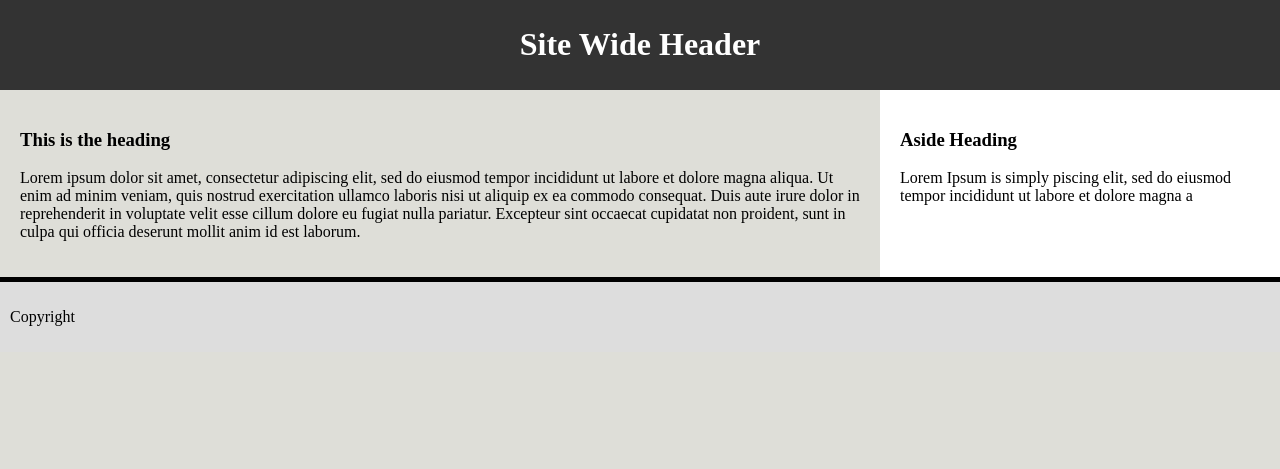
Repository: ayeza-baseer/AssignmentFlexbox
Page: assignment.html
These files come from the project's save history. The page is drawn as it stood at one moment and after the next save; the edit follows.
The browser window is 1280 px wide. The pictures show the whole page.

Above is the page before, as saved 2023-03-17 14:54:38.

After the next save:
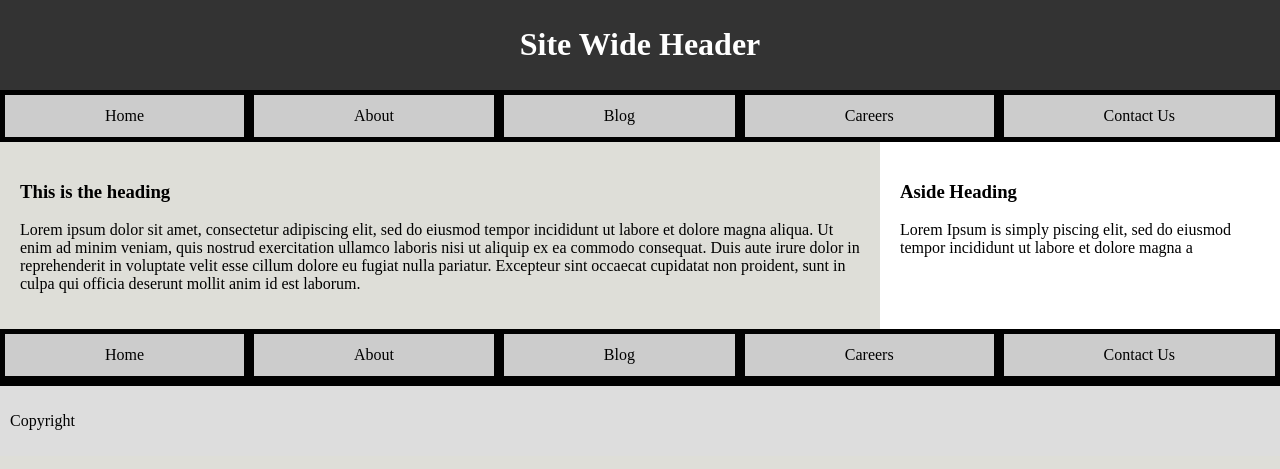
Saved 31 s later.
--- a/assignment.css
+++ b/assignment.css
@@ -74,6 +74,6 @@ body {
 
   @media screen and (min-width: 421px) {
     .navbar{
-        display: none;
+        order:1
       }
   }
